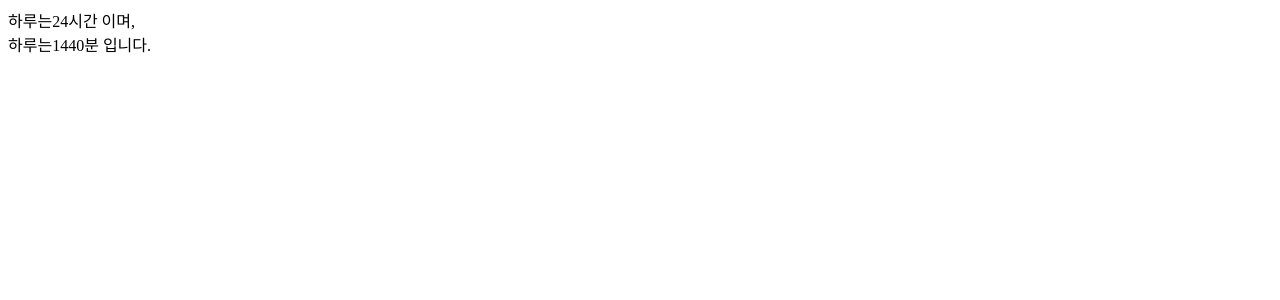
Repository: gambler1541/JSP
Page: http://localhost/first_jsp/jsp_1/scriptlet.jsp
The author's editor kept a copy of each file at every save. The page is drawn from the files as they stood at one save, then again after the next save.
The browser window is 1280 px wide. The pictures show the whole page.
The page is served by Tomcat 9.

Above is the page before, as saved 2020-06-22 05:46:31.

After the next save:
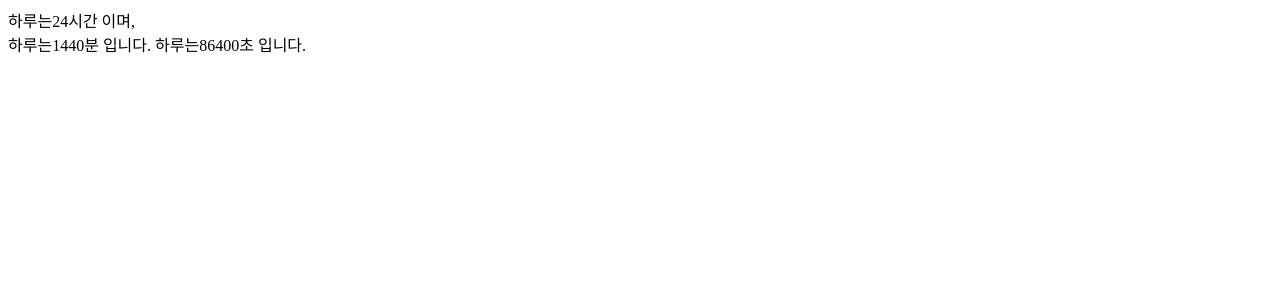
Saved 97 s later.
--- a/first_jsp/WebContent/jsp_1/scriptlet.jsp
+++ b/first_jsp/WebContent/jsp_1/scriptlet.jsp
@@ -12,6 +12,7 @@
 	<%
 		out.println("하루는" + i + "시간 이며, <br>");
 		out.println("하루는" + i * 60 + "분 입니다.");
+		out.println("하루는" + i * 60 * 60  + "초 입니다.");
 	%>
 </body>
 </html>
